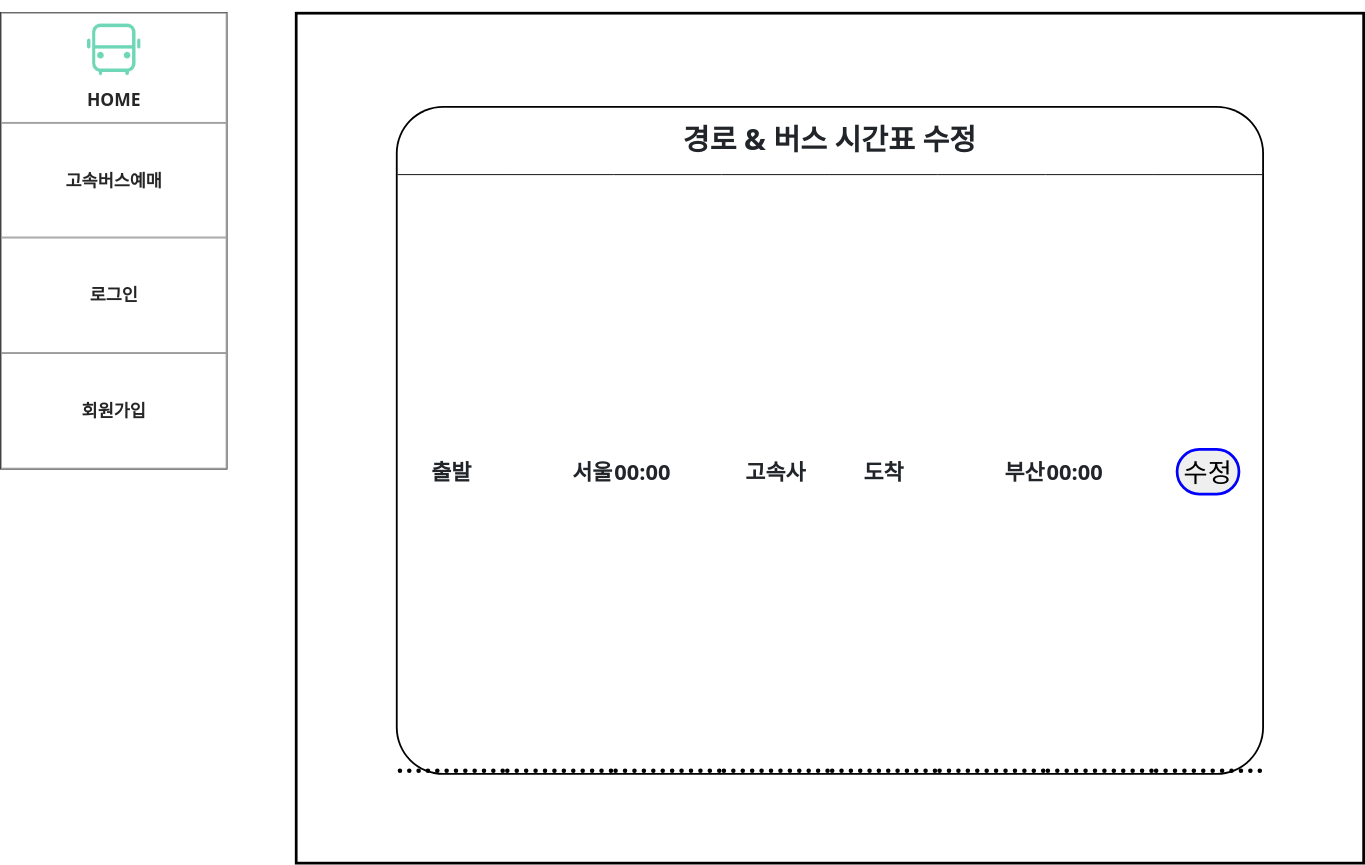
Repository: rudqhd79/spring_personal
Page: http://localhost/edit/edit
These files come from the project's save history. The page is drawn as it stood at one moment and after the next save; the edit follows.
The browser window is 1280 px wide. The page is 1500 px wide, so the pictures cover 1500 px, including what lies to the right of the window. The pictures show the whole page, at 91% of full size.
The page is this project's Thymeleaf template; nobody is signed in. The template is opened directly, without the code that normally fills it, so the values that code supplies are empty.

Above is the page before, as saved 2023-02-04 07:42:14.

### bus-reservation/src/main/resources/templates/edit/edit.html
<!DOCTYPE html>
<html xmlns:th="http://www.thymeleaf.org"
	xmlns:layout="http://www.ultraq.net.nz/thymeleaf/layout">
<link rel="stylesheet"
	href="//maxcdn.bootstrapcdn.com/bootstrap/latest/css/bootstrap.min.css">
<script src="//code.jquery.com/jquery.min.js"></script>
<script
	src="//maxcdn.bootstrapcdn.com/bootstrap/latest/js/bootstrap.min.js"></script>
<head>
<meta charset="UTF-8">
<title>main</title>

<!-- bootstrap css -->
<link
	href="https://cdn.jsdelivr.net/npm/bootstrap@5.3.0-alpha1/dist/css/bootstrap.min.css"
	rel="stylesheet"
	integrity="sha384-GLhlTQ8iRABdZLl6O3oVMWSktQOp6b7In1Zl3/Jr59b6EGGoI1aFkw7cmDA6j6gD"
	crossorigin="anonymous">
<link th:href="@{/css/all.css}" rel="stylesheet">
<!-- bootstrap js, popper -->
<script
	src="https://cdn.jsdelivr.net/npm/@popperjs/core@2.11.6/dist/umd/popper.min.js"
	integrity="sha384-oBqDVmMz9ATKxIep9tiCxS/Z9fNfEXiDAYTujMAeBAsjFuCZSmKbSSUnQlmh/jp3"
	crossorigin="anonymous"></script>
<script
	src="https://cdn.jsdelivr.net/npm/bootstrap@5.3.0-alpha1/dist/js/bootstrap.min.js"
	integrity="sha384-mQ93GR66B00ZXjt0YO5KlohRA5SY2XofN4zfuZxLkoj1gXtW8ANNCe9d5Y3eG5eD"
	crossorigin="anonymous"></script>
<!-- jquery  -->
<script src="https://code.jquery.com/jquery-3.6.3.min.js"
	integrity="sha256-pvPw+upLPUjgMXY0G+8O0xUf+/Im1MZjXxxgOcBQBXU="
	crossorigin="anonymous"></script>
<th:block layout:fragment="script"></th:block>
<th:block layout:fragment="css"></th:block>
</head>
<body>
	<div class="fragment-sidebar">
		<div th:replace="fragments/sidebar::sidebar"></div>
		<div class="base_angle" style="margin-top: 1vw">
			<div class="edit_border">
				<div style="text-align: center; font-size: 2em; margin: 10px 0 15px 0; font-weight: bolder">경로 & 버스 시간표 수정</div>
				<table class="edit_table" style="width:100%; height:90%;">
					<tr style="font-size: 1.5em; width: 80%; border-bottom: 5px dotted black;">
						<th class="" style="width:calc(100%/8); text-align: center">출발</th>
						<th class="" style="width:calc(100%/8); text-align: right">서울</th>
						<th class="" style="width:calc(100%/8); text-align: left">00:00</th>
						<th class="" style="width:calc(100%/8); text-align: center">고속사</th>
						<th class="" style="width:calc(100%/8); text-align: center">도착</th>
						<th class="" style="width:calc(100%/8); text-align: right;">부산</th>
						<th class="" style="width:calc(100%/8); text-align: left">00:00</th>
						<th class="" style="width:calc(100%/8); text-align: center"><input type="submit" value="수정" onclick="location=''" style="border: 3px solid blue; border-radius: 30px; font-size: 1.2em;" /></th>
					</tr>
				</table>
			</div>
		</div>
	</div>
</body>
</html>

### bus-reservation/src/main/resources/templates/fragments/sidebar.html
<!DOCTYPE html>
<html xmlns:th="http://www.thymeleaf.org"
      xmlns:sec="http://www.thymeleaf.org/extras/spring-security">
<head>
<meta charset="UTF-8">
<title>Insert title here</title>
<link rel="stylesheet"
	href="//maxcdn.bootstrapcdn.com/bootstrap/latest/css/bootstrap.min.css">
<script src="//code.jquery.com/jquery.min.js"></script>
<script
	src="//maxcdn.bootstrapcdn.com/bootstrap/latest/js/bootstrap.min.js"></script>
</head>
<body>
<!-- 사이드바 -->
	<div th:fragment="sidebar" class="sidebar-total">
		<div id="page-wrapper">
			<div id="sidebar-wrapper">
				<ul class="sidebar-nav">
					<li class="sidebar-main">
						<a href="/">
						<img src="/img/bus_icon.png" style="width:60px; height: 60px; margin-top: 10px;">
							<p class="home">HOME</p>
						</a>
					</li>
					<li class="sidebar-main sidebar-nav_li">
						<a href="/">고속버스예매</a>
					</li>
					<li class="sidebar-main sidebar-nav_li" sec:authorize="isAnonymous()">
						<a href="login">로그인</a>
					</li>
					<li class="sidebar-main sidebar-nav_li" sec:authorize="isAuthenticated()">
						<a href="logout">로그아웃</a>
					</li>
					<li class="sidebar-main sidebar-nav_li" sec:authorize="isAnonymous()">
						<a href="join">회원가입</a>
					</li>
					<li class="sidebar-main sidebar-nav_li"  sec:authorize="isAuthenticated()">
						<a href="check">예매확인 (좌석변경)</a>
					</li>
					<li class="sidebar-main sidebar-nav_li"  sec:authorize="isAuthenticated()">
						<a href="cancel">예매취소</a>
					</li>
					<li class="sidebar-main sidebar-nav_li" sec:authorize="hasAnyAuthority('ROLE_ADMIN')">
						<a href="edit">수정 (관리자 전용)</a>
					</li>
				</ul>
			</div>
		</div>
	</div>
<!-- /사이드바 -->
</body>
</html>

Loaded but not shown: bus-reservation/src/main/resources/static/css/all.css (library)

After the next save:
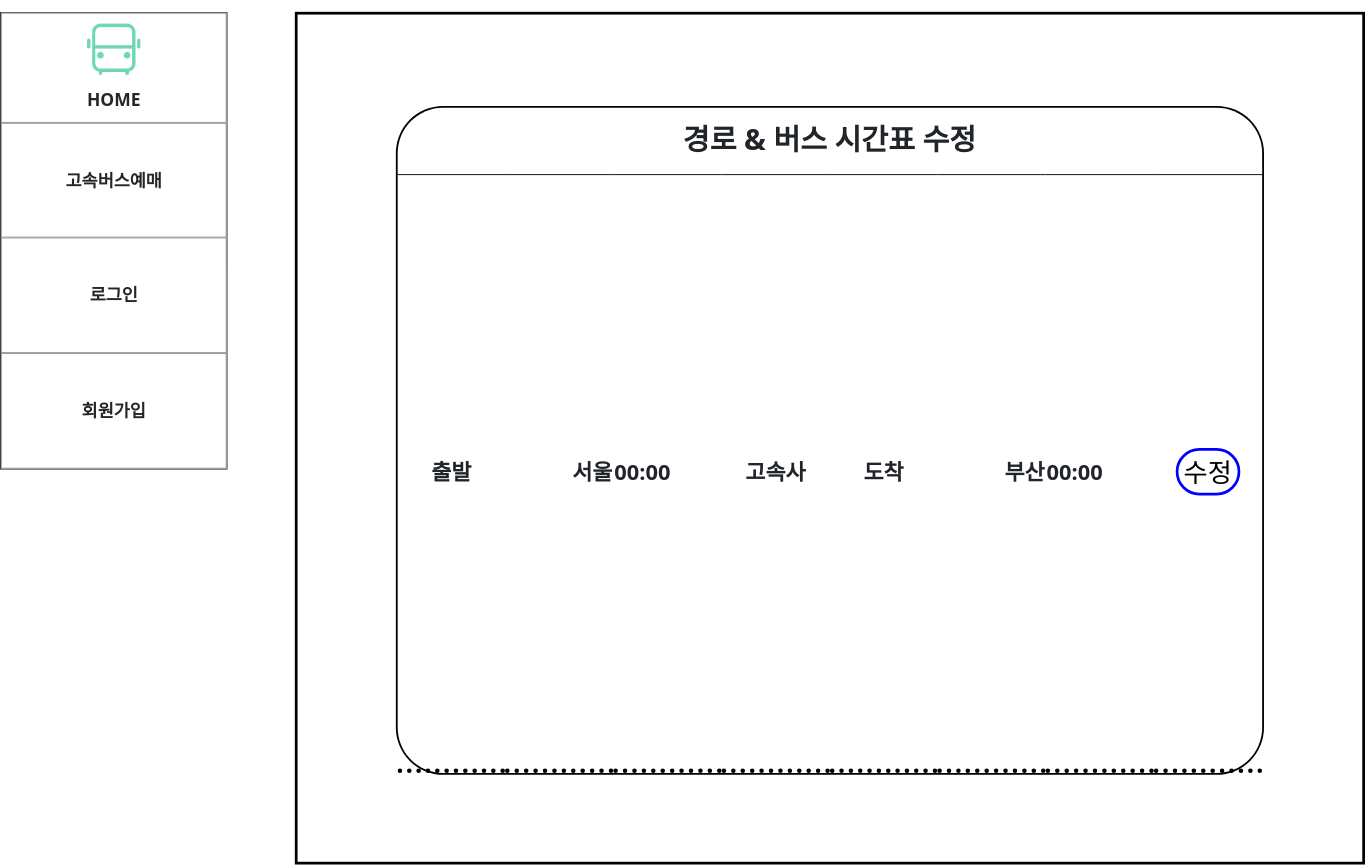
Saved 9 s later.
--- a/bus-reservation/src/main/resources/templates/edit/edit.html
+++ b/bus-reservation/src/main/resources/templates/edit/edit.html
@@ -48,7 +48,7 @@
 						<th class="" style="width:calc(100%/8); text-align: center">도착</th>
 						<th class="" style="width:calc(100%/8); text-align: right;">부산</th>
 						<th class="" style="width:calc(100%/8); text-align: left">00:00</th>
-						<th class="" style="width:calc(100%/8); text-align: center"><input type="submit" value="수정" onclick="location=''" style="border: 3px solid blue; border-radius: 30px; font-size: 1.2em;" /></th>
+						<th class="" style="width:calc(100%/8); text-align: center"><input type="submit" value="수정" onclick="location=''" style="border: 3px solid blue; border-radius: 30px; font-size: 1.2em; background:  white;" /></th>
 					</tr>
 				</table>
 			</div>
